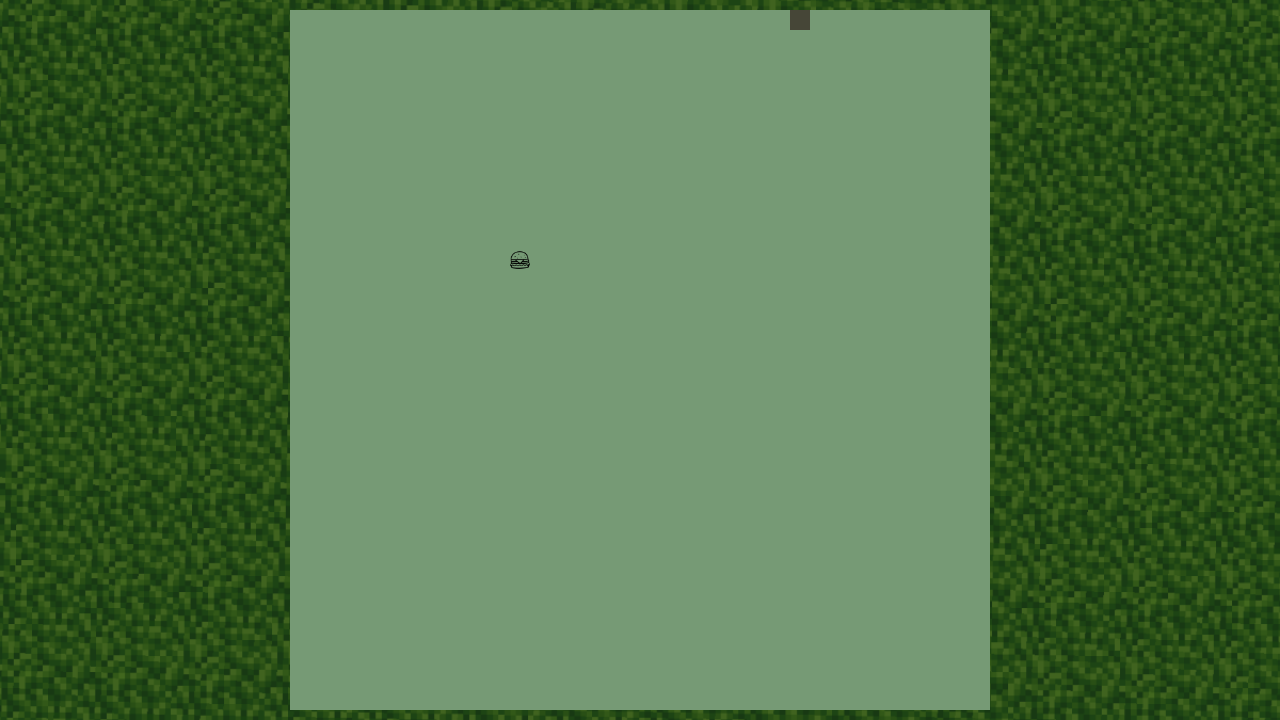
Repository: qtqqrdy13/game-snake
Page: index.html
An editor plug-in stored every save of this project. The page is shown before and after the next save, followed by the edit.
The browser window is 1280 px wide. The pictures show the whole page.

Above is the page before, as saved 2023-11-03 12:54:38.

### index.html
<!DOCTYPE html>
<html lang="en">
<head>
    <meta charset="UTF-8">
    <meta name="viewport" content="width=device-width, initial-scale=1.0">
    <title>Гра на JavaScript</title>
    <link rel="stylesheet" href="style.css">
</head>
<body>
    <div class="game_container">
        <div class="snake"></div>
        <div class="food"></div>
    </div>
   <script src="script.js"></script>
</body>
</html>

### style.css
body{
    margin:0;
    padding: 0;
    display: flex;
    justify-content: center;
    align-items: center;
    min-height: 100vh;
    background-image:url(../img/ground.png);
    background-size: cover;
    background-repeat: no-repeat;
}
.game_container{
    height: 700px;
    width: 700px;
    background-color: #769A75;
    position: relative;
}
.snake{
    height: 20px;
    width: 20px;
    background-color:#464637;
    position: absolute;
}
.food{
    height: 20px;
    width: 20px;
    background-image: url(../img/food-for-snake.png);
    background-size: cover;
    position: absolute;
}

### script.js
const gameContainer = document.querySelector('.game_container');
const snake = document.querySelector('.snake');
const food = document.querySelector('.food');
let snakeX = 0;
let snakeY = 0;
let foodX = 0;
let foodY = 0;
let dx = 20;
let dy = 0;
let snakeSegments = [{x:0,y:0}]
function updateFoodPosition(){
    foodX = Math.floor(Math.random() * 20) * 20;
    foodY = Math.floor(Math.random() * 20) * 20;
    food.style.left = foodX + 'px';
    food.style.top = foodY + 'px';
}
function moveSnake(){
    snakeX += dx;
    snakeY += dy;
    snake.style.left = snakeX + 'px';
    snake.style.top = snakeY + 'px';
    if(snakeX === foodX && snakeY === foodY){
updateFoodPosition()
snakeSegments.push({x:snakeX,y:snakeY})
    }
    if(snakeSegments.length > 1 ){
        const removedSegments = snakeSegments.shift();
        snake.style.left = removedSegments.x + 'px';
        snake.style.top = removedSegments.y + 'px';
    }
}
document.addEventListener('keydown',(event) =>{
    switch(event.key){
        case 'ArrowRight':
            if(dx !== -20){
                dx = 20;
                dy = 0;
            }
            break;
            case 'ArrowLeft':
            if(dx !== 20){
                dx = -20;
                dy = 0;
            }
            break;
            case 'ArrowUp':
                if(dy !== 20){
                    dx = 0;
                    dy = -20;
                }
                break;
                case 'ArrowDown':
                    if(dy !== -20){
                        dx = 0;
                        dy = 20;
                    }
                    break;
                }
})
updateFoodPosition()
setInterval(moveSnake, 200);

After the next save:
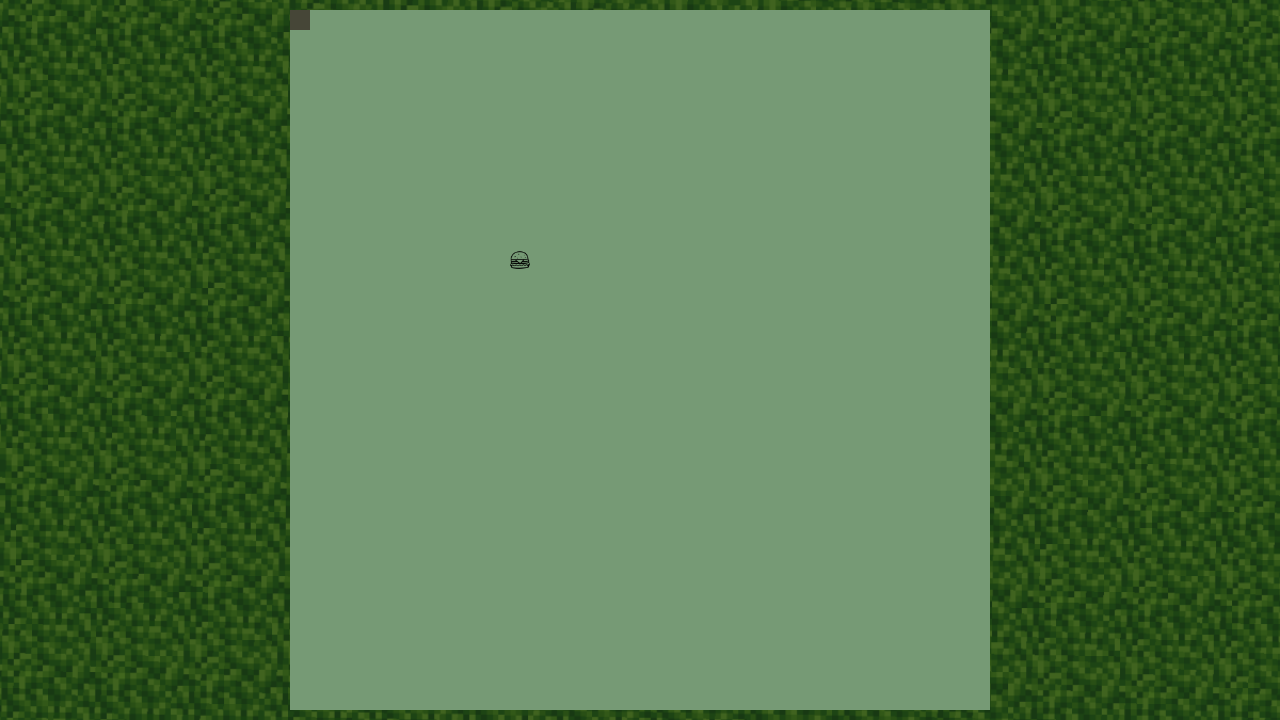
Console error: ReferenceError: snake is not defined
Saved 12 min 58 s later.
--- a/script.js
+++ b/script.js
@@ -1,5 +1,5 @@
 const gameContainer = document.querySelector('.game_container');
-const snake = document.querySelector('.snake');
+const snakeSegments = [];
 const food = document.querySelector('.food');
 let snakeX = 0;
 let snakeY = 0;
@@ -7,7 +7,7 @@
 let foodY = 0;
 let dx = 20;
 let dy = 0;
-let snakeSegments = [{x:0,y:0}]
+
 function updateFoodPosition(){
     foodX = Math.floor(Math.random() * 20) * 20;
     foodY = Math.floor(Math.random() * 20) * 20;
@@ -17,16 +17,26 @@
 function moveSnake(){
     snakeX += dx;
     snakeY += dy;
+    if(snakeX < 0 || snakeX >= 700 || snakeY < 0 || snakeY >= 700){
+        alert('Game Over');
+location.reload()
+return;
+    }
+    for(let i = 0; i < snakeSegments.length; i ++){
+        if(snakeX === snakeSegments[i].x && snakeY === snakeSegments[i].y){
+            alert('Game Over');
+            location.reload()
+            return;
+        }
+    }
+    snakeSegments.push({x:snakeX, y:snakeY});
+    if(snakeSegments.length > 1){
+        const removedSegment = snakeSegments.shift()
+    }
     snake.style.left = snakeX + 'px';
     snake.style.top = snakeY + 'px';
     if(snakeX === foodX && snakeY === foodY){
-updateFoodPosition()
-snakeSegments.push({x:snakeX,y:snakeY})
-    }
-    if(snakeSegments.length > 1 ){
-        const removedSegments = snakeSegments.shift();
-        snake.style.left = removedSegments.x + 'px';
-        snake.style.top = removedSegments.y + 'px';
+        updateFoodPosition()
     }
 }
 document.addEventListener('keydown',(event) =>{
